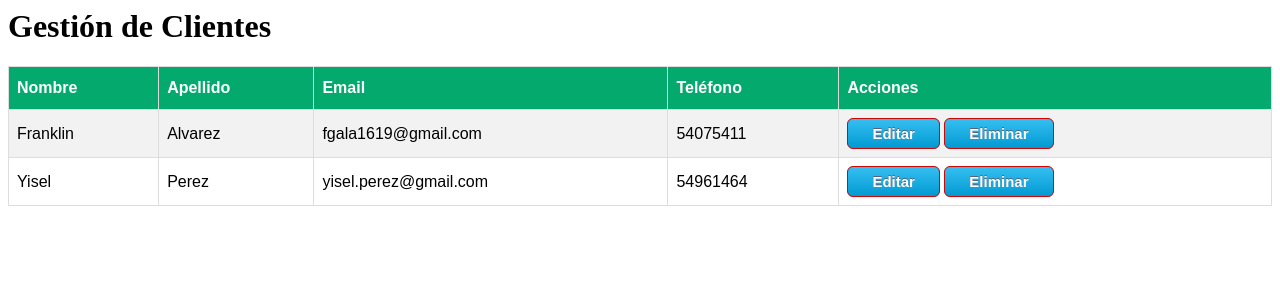
Repository: fgala1619/frontSistGestionBank
Page: index.html
These files come from the project's save history. The page is drawn as it stood at one moment and after the next save; the edit follows.
The browser window is 1280 px wide. The pictures show the whole page.

Above is the page before, as saved 2023-07-08 22:56:04.

After the next save:
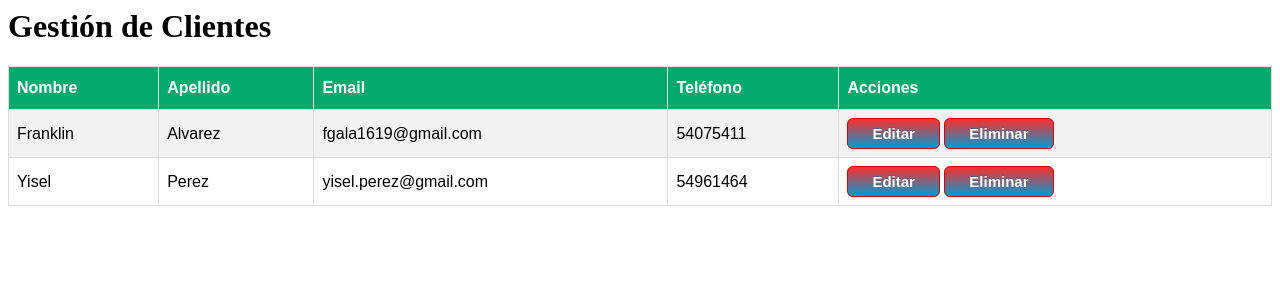
Saved 27 s later.
--- a/index.html
+++ b/index.html
@@ -82,7 +82,7 @@
 
     .myButton{
         box-shadow: 0px 1px 0px 0px #f0f7fa;
-        background: linear-gradient(to bottom, #33bdef 5%, #019ad2 100%);
+        background: linear-gradient(to bottom, #ed3434 5%, #019ad2 100%);
         background-color:#ed3434;
         border-radius: 6px;
         border: 1px solid #cf0606;
